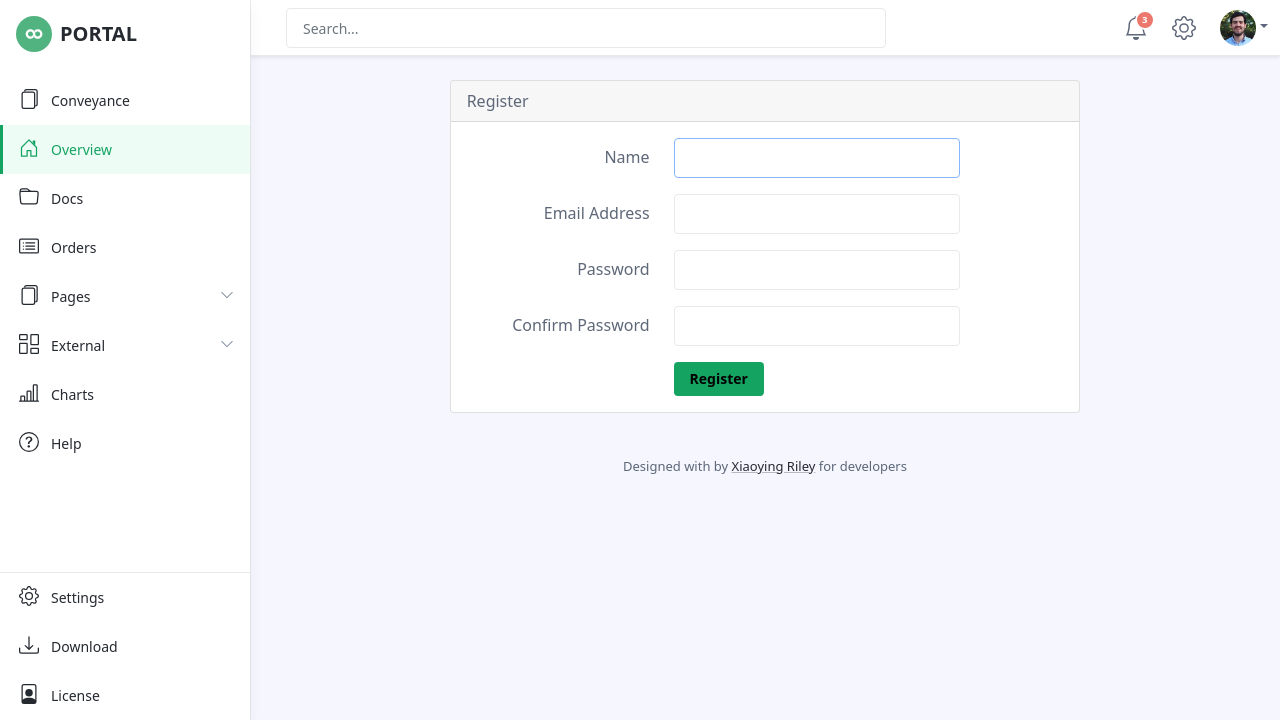
Repository: jaden14/quarry_vehicle
Page: http://localhost/register
An editor plug-in stored every save of this project. The page is shown before and after the next save, followed by the edit.
The browser window is 1280 px wide. The pictures show the whole page.
The page is served by the project's Laravel application, run on PHP 8.4 with Laravel 8.

Above is the page before, as saved 2022-03-12 14:09:11.
Console error: TypeError: Cannot read properties of null (reading 'getContext')

After the next save:
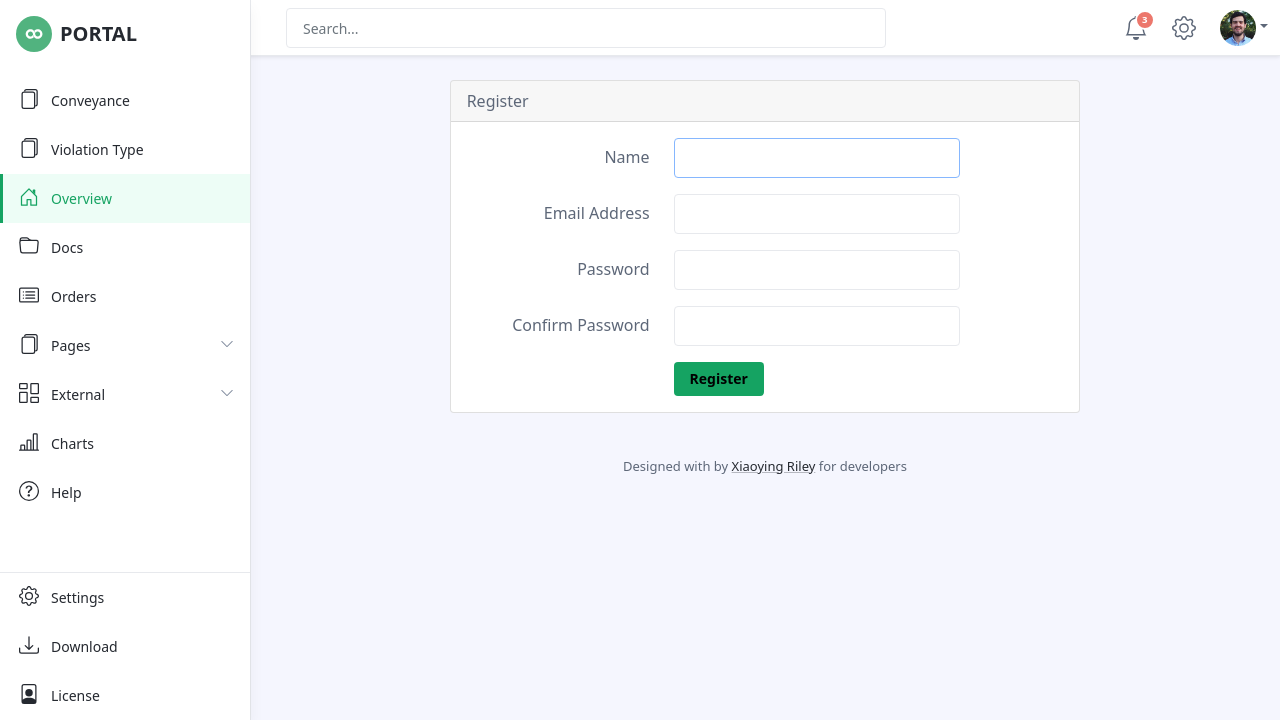
Saved 78 s later.
--- a/resources/views/layouts/components/sidebar.blade.php
+++ b/resources/views/layouts/components/sidebar.blade.php
@@ -19,6 +19,18 @@
                                 </svg>
                                  </span>
                                  <span class="nav-link-text">Conveyance</span>
+                            </a><!--//nav-link-->
+                        </li>
+                        <li class="nav-item">
+                            <!--//Bootstrap Icons: https://icons.getbootstrap.com/ -->
+                            <a class="nav-link" href="{{ route('violationtype.index') }}">
+                                <span class="nav-icon">
+                                <svg width="1em" height="1em" viewBox="0 0 16 16" class="bi bi-files" fill="currentColor" xmlns="http://www.w3.org/2000/svg">
+                                    <path fill-rule="evenodd" d="M4 2h7a2 2 0 0 1 2 2v10a2 2 0 0 1-2 2H4a2 2 0 0 1-2-2V4a2 2 0 0 1 2-2zm0 1a1 1 0 0 0-1 1v10a1 1 0 0 0 1 1h7a1 1 0 0 0 1-1V4a1 1 0 0 0-1-1H4z"/>
+                                    <path d="M6 0h7a2 2 0 0 1 2 2v10a2 2 0 0 1-2 2v-1a1 1 0 0 0 1-1V2a1 1 0 0 0-1-1H6a1 1 0 0 0-1 1H4a2 2 0 0 1 2-2z"/>
+                                </svg>
+                                 </span>
+                                 <span class="nav-link-text">Violation Type</span>
                             </a><!--//nav-link-->
                         </li>
                         <li class="nav-item">
